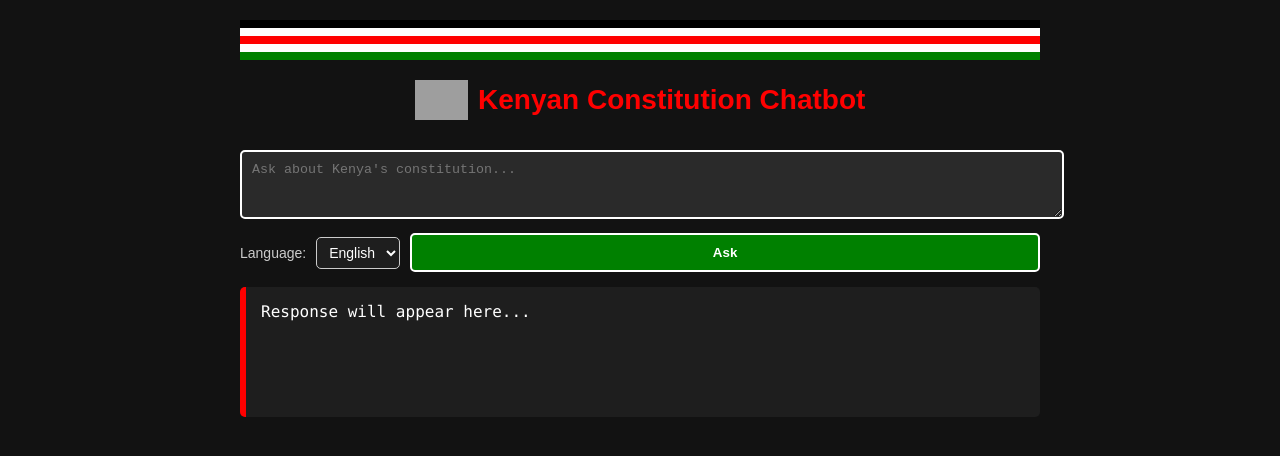
Repository: poip-boop/Bilingual-RAG-Chatbot-on-Constitution-of-Kenya
Page: index.html
An editor plug-in stored every save of this project. The page is shown before and after a run of saves, followed by the edit.
The browser window is 1280 px wide. The pictures show the whole page.
Pictures or frames that could not be fetched are drawn as grey boxes.

Above is the page before, as saved 2025-04-26 07:17:22.

After the next 4 saves:
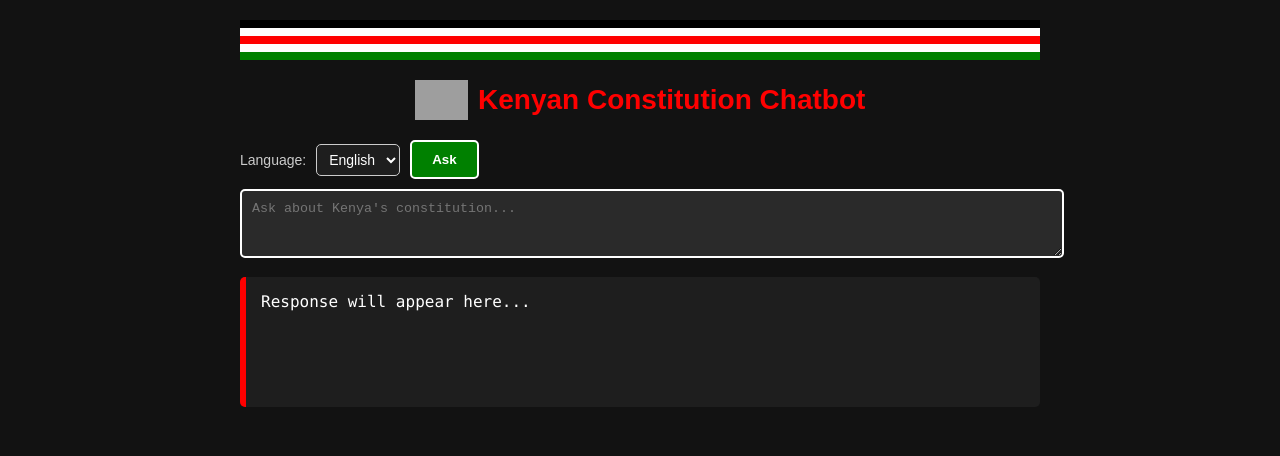
The 4 saves are shown as one change because they came seconds apart.
The last was saved 54 s later.
--- a/index.html
+++ b/index.html
@@ -65,8 +65,8 @@
         .controls {
             display: flex;
             align-items: center;
+            gap: 10px;
             margin-top: 10px;
-            gap: 10px;
         }
 
         .lang-label {
@@ -84,8 +84,7 @@
         }
 
         button {
-            flex: 1;
-            padding: 10px;
+            padding: 10px 20px;
             border-radius: 5px;
             border: 2px solid white;
             background: green;
@@ -112,8 +111,6 @@
         <h1>Kenyan Constitution Chatbot</h1>
     </div>
 
-    <textarea id="question" rows="3" placeholder="Ask about Kenya's constitution..."></textarea>
-
     <div class="controls">
         <label class="lang-label" for="language">Language:</label>
         <select id="language">
@@ -122,6 +119,8 @@
         </select>
         <button onclick="ask()">Ask</button>
     </div>
+
+    <textarea id="question" rows="3" placeholder="Ask about Kenya's constitution..."></textarea>
 
     <div id="response">Response will appear here...</div>
 
